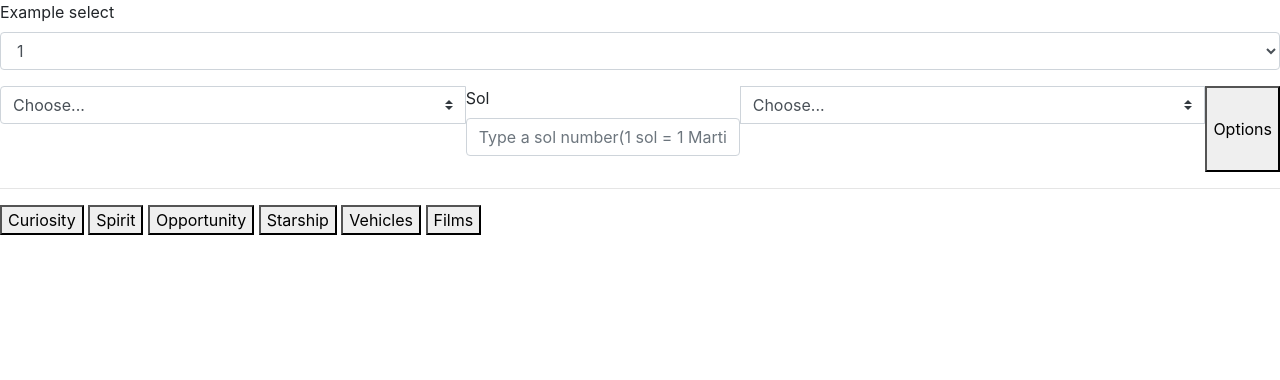
Repository: romqrq/Red-Planet-Explorer
Page: index.1.html
The author's editor kept a record of every edit. The page is drawn from the files as they stood at one moment, then again after the next edit.
The browser window is 1280 px wide. The pictures show the whole page.
Some web fonts or font styles are not loaded; a fallback is used. Some web libraries are served in a nearby version.

Above is the page before.

After the next edit:
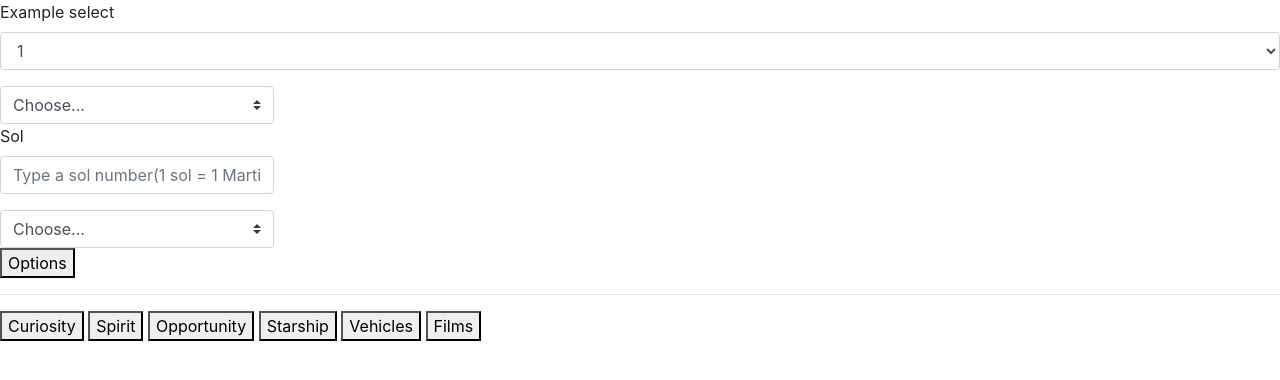
The edit:
--- a/index.1.html
+++ b/index.1.html
@@ -39,6 +39,7 @@
     <!--<button id="roverNameButton" value="spirit"></button>-->
     <!--<button id="roverNameButton" value="opportunity"></button>-->
     <div class="input-group mb-3">
+        <form>
         <select class="custom-select" id="inputRoverName">
             <option selected>Choose...</option>
             <option value="curiosity">Curiosity</option>
